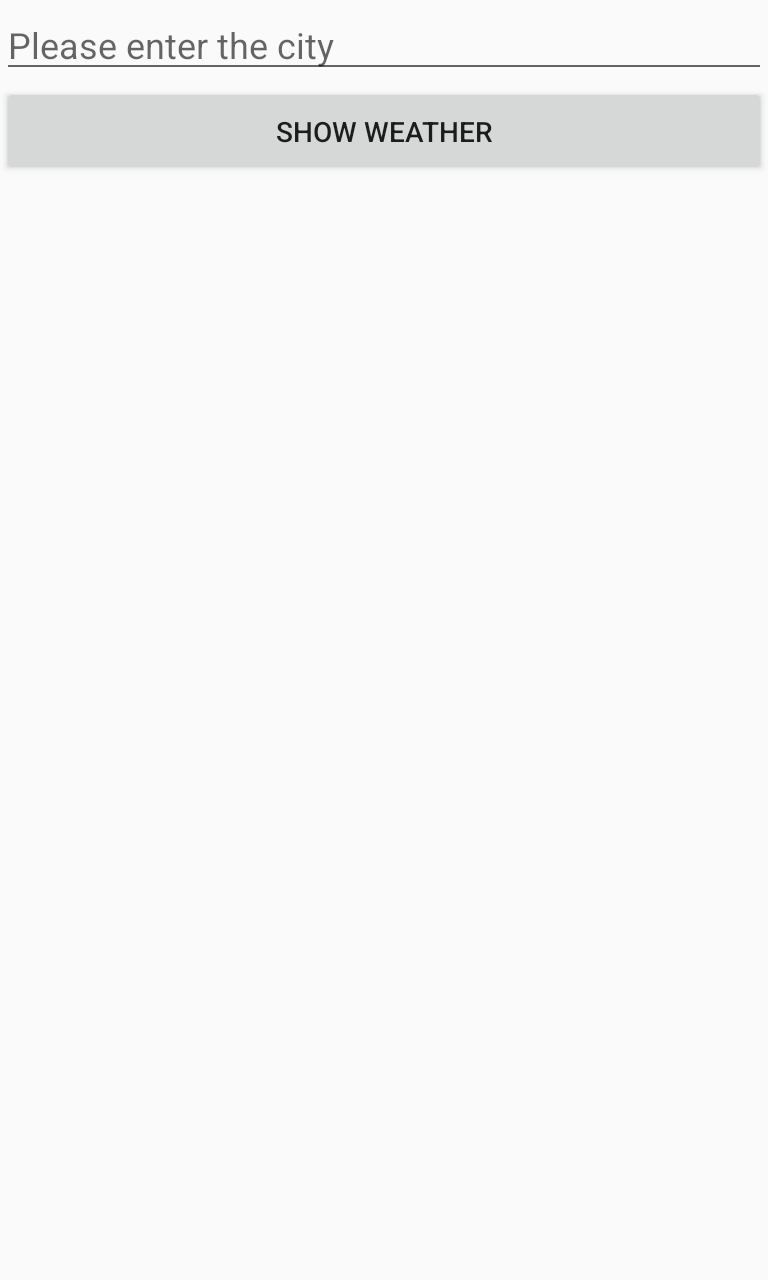
Repository: alexWr/weather-app
Layout: OpenWeatherT/res/layout/days.xml
An editor plug-in stored every save of this project. The layout is shown before and after the next save, followed by the edit.
It is drawn on a 768 x 1280 px phone screen (xhdpi) without system bars, with theme AppTheme; the app's code is not run.

Above is the layout before, as saved 2014-10-16 12:40:10.

After the next save:
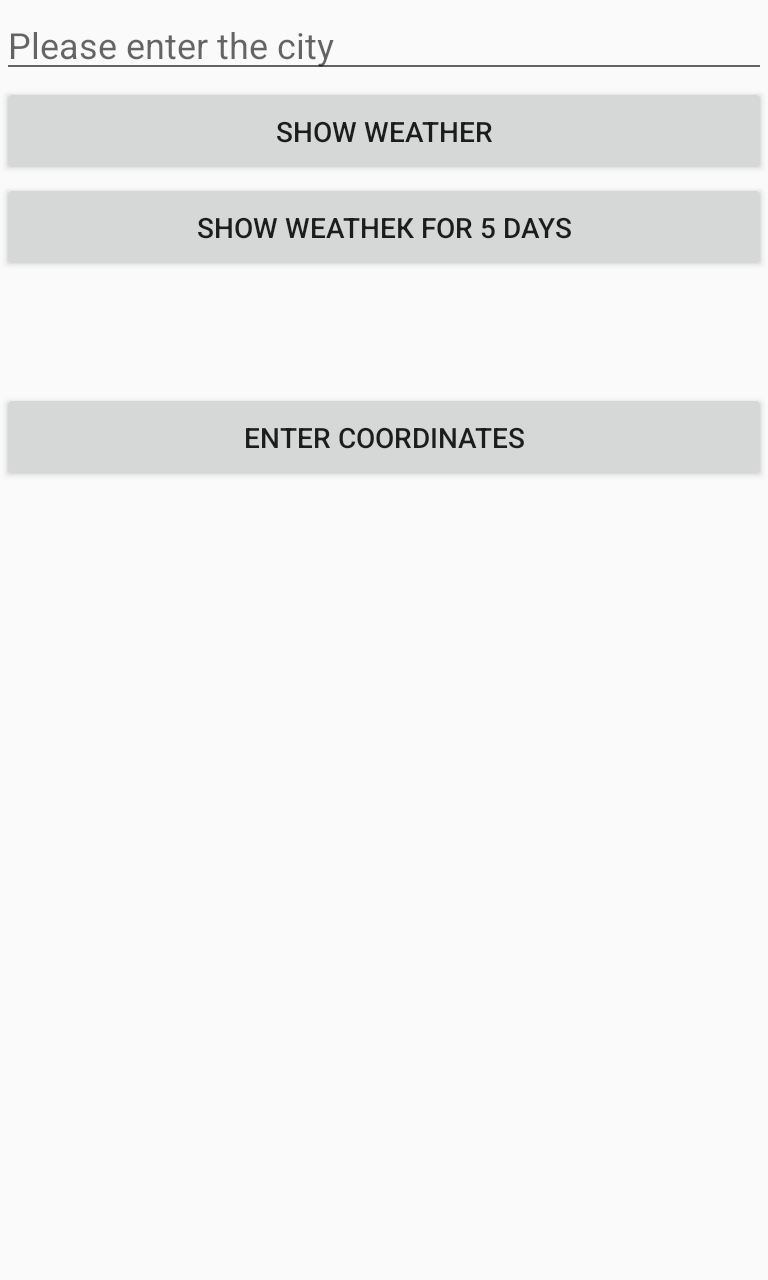
Saved 3 min 49 s later.
--- a/OpenWeatherT/res/layout/days.xml
+++ b/OpenWeatherT/res/layout/days.xml
@@ -1,23 +1,73 @@
 <?xml version="1.0" encoding="utf-8"?>
 <LinearLayout xmlns:android="http://schemas.android.com/apk/res/android"
-    android:layout_width="match_parent"
-    android:layout_height="match_parent"
-    android:orientation="vertical" >
-	<EditText
+    android:layout_width="fill_parent"
+    android:layout_height="fill_parent"
+    android:orientation="vertical"     >
+
+    <EditText
 		android:layout_width="match_parent"
 	    android:layout_height="wrap_content"
 	    android:layout_gravity="center"
 	    android:hint="Please enter the city"
-		android:id="@+id/etCity1"
+		android:id="@+id/etCity"
 		/>
     <Button
 		android:layout_width="match_parent"
 		android:layout_height="wrap_content"
 		android:layout_gravity="center"
 		android:text="Show weather"
-		android:id="@+id/btnSubmit"/>
-    <TextView
+		android:id="@+id/btnSend"/>
+    <Button
+		android:layout_width="match_parent"
+		android:layout_height="wrap_content"
+		android:layout_gravity="center"
+		android:text="Show weatheк for 5 days"
+		android:id="@+id/btnSend2"/>
+	<TextView
         android:layout_width="wrap_content"
         android:layout_height="wrap_content"
-        android:id="@+id/tvShWeather"/>
+        android:layout_gravity="center"
+        android:id="@+id/tvTemp"/>
+	<TextView
+        android:layout_width="wrap_content"
+        android:layout_height="wrap_content"
+        android:layout_gravity="center"
+        android:id="@+id/tvWeather"/>
+	<TableLayout
+		android:layout_height="wrap_content"
+		android:layout_width="match_parent"
+		android:id="@+id/tableLayout1">
+		<TableRow
+		    android:id="@+id/tableRow2"
+			android:layout_width="wrap_content"
+			android:layout_height="wrap_content">
+			<TextView
+        		android:layout_width="wrap_content"
+        		android:layout_height="wrap_content"
+        		android:layout_marginLeft="55dp"
+        		android:id="@+id/tvDay1"
+        		android:layout_weight="1" />
+			<TextView
+        		android:layout_width="wrap_content"
+        		android:layout_height="wrap_content"
+        		android:id="@+id/tvDay2"
+        		android:layout_weight="1"/>
+			<TextView
+        		android:layout_width="wrap_content"
+        		android:layout_height="wrap_content"
+        		android:id="@+id/tvDay3"
+        		android:layout_weight="1"/>
+			<TextView
+        		android:layout_width="wrap_content"
+        		android:layout_height="wrap_content"
+        		android:id="@+id/tvDay4"
+        		android:layout_weight="1"/>
+		</TableRow>
+	</TableLayout>
+	<Button
+		android:layout_width="match_parent"
+		android:layout_height="wrap_content"
+		android:layout_gravity="center"
+		android:text="Enter coordinates"
+		android:id="@+id/btnGeo"/>
 </LinearLayout>
